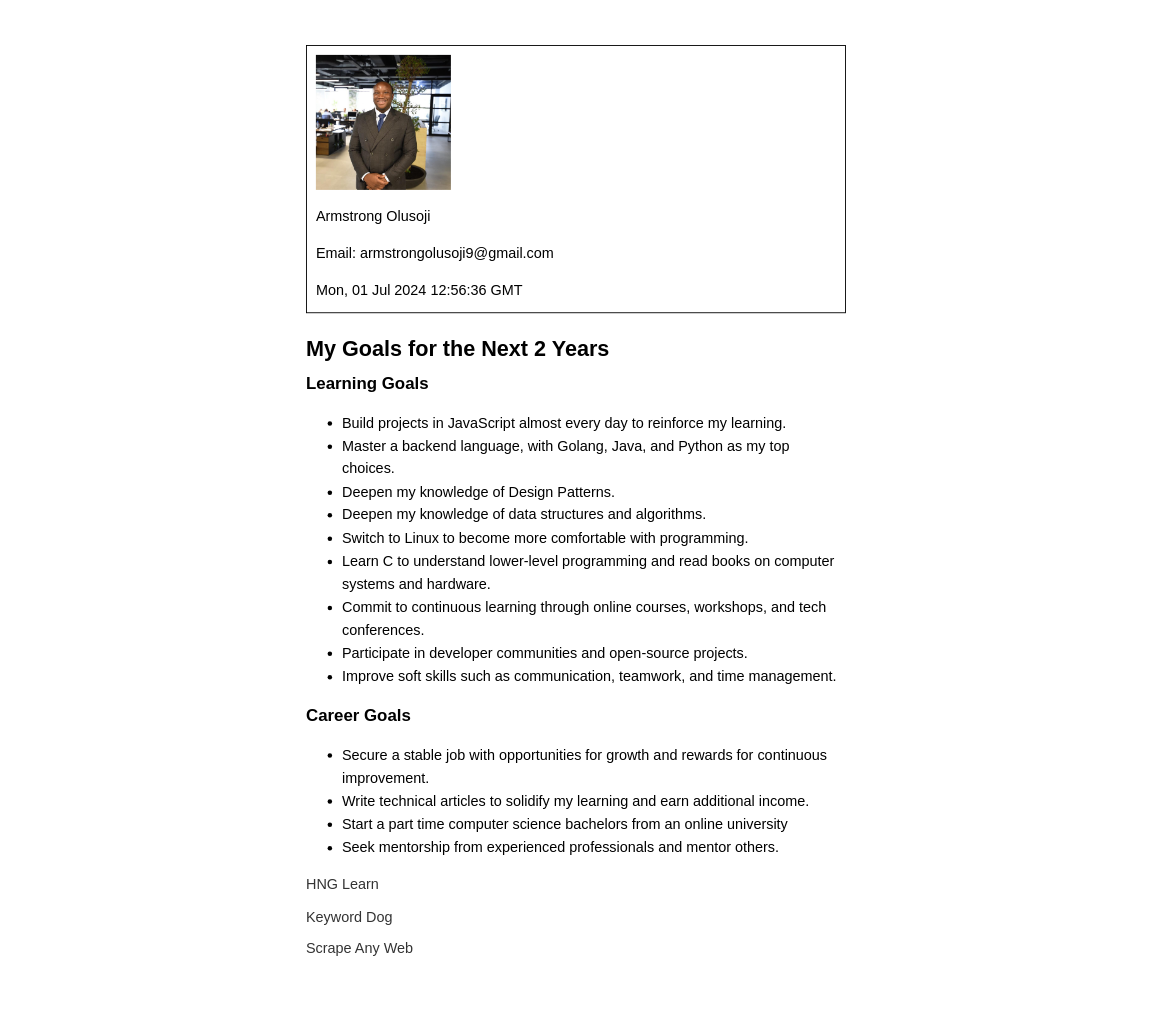
Repository: Armstrong2035/hng-project-one
Page: index.html
The author's editor kept a copy of each file at every save. The page is drawn from the files as they stood at one save, then again after the next save.
The browser window is 1280 px wide. The pictures show the whole page, at 90% of full size.

Above is the page before, as saved 2024-07-01 16:37:10.

After the next save:
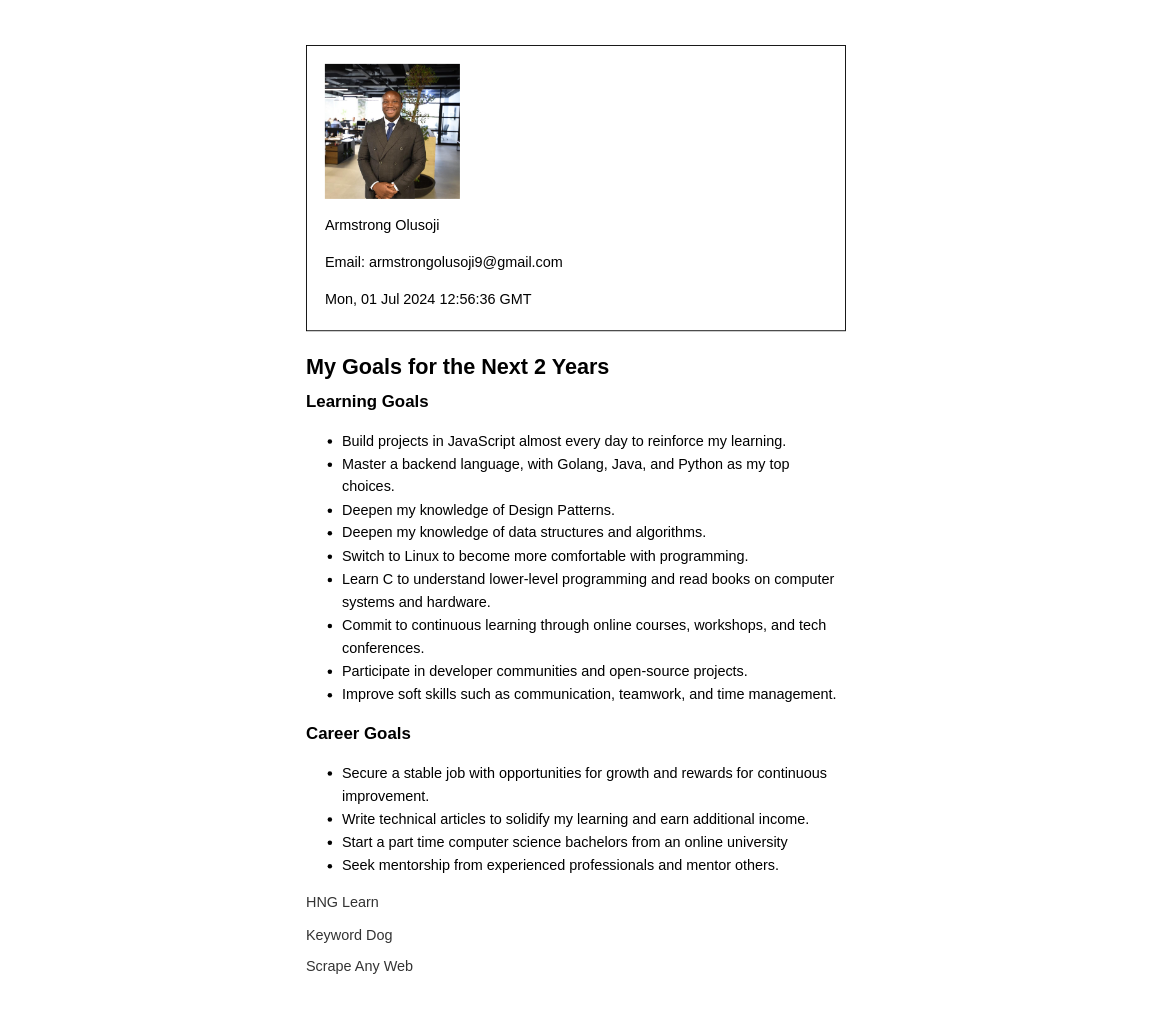
Saved 12 s later.
--- a/style.css
+++ b/style.css
@@ -17,7 +17,7 @@ body {
   flex-direction: column;
   align-items: flex-start;
   border: 1px solid black;
-  padding: 10px 10px;
+  padding: 20px 20px;
 }
 
 .profile-picture {
